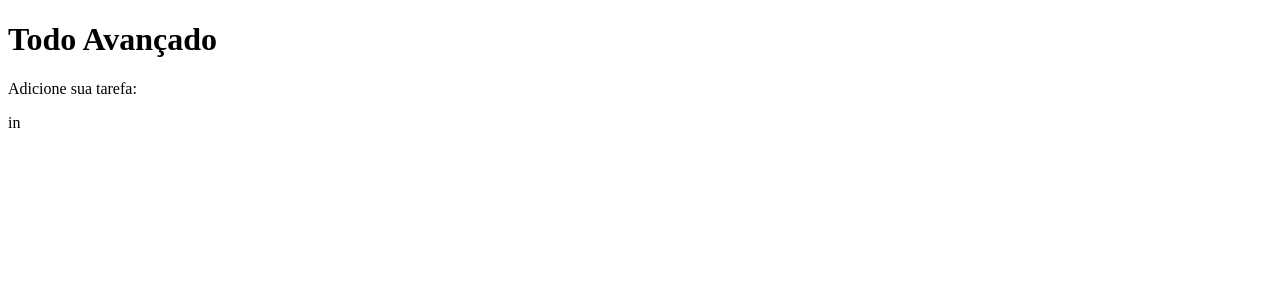
Repository: Guillermomarcon/ProjetoToDo
Page: index.html
These files come from the project's save history. The page is drawn as it stood at one moment and after the next save; the edit follows.
The browser window is 1280 px wide. The pictures show the whole page.
Some web libraries are served in a nearby version.

Above is the page before, as saved 2022-08-27 16:35:06.

### index.html
<!DOCTYPE html>
<html lang="pt-br">
<head>
    <meta charset="UTF-8">
    <meta http-equiv="X-UA-Compatible" content="IE=edge">
    <meta name="viewport" content="width=device-width, initial-scale=1.0">
    <title>Todo Avançado</title>
    <!--css do projeto-->
    <link rel="stylesheet" href="estilos/style.css">
    <!--Biblioteca de font vamos usar a Font Awesome  font awesome cdnjs
    encontrado nesse link
    https://cdnjs.com/libraries/font-awesome   -->
    <link rel="stylesheet" href="https://cdnjs.cloudflare.com/ajax/libs/font-awesome/6.1.2/css/all.min.css" integrity="sha512-1sCRPdkRXhBV2PBLUdRb4tMg1w2YPf37qatUFeS7zlBy7jJI8Lf4VHwWfZZfpXtYSLy85pkm9GaYVYMfw5BC1A==" crossorigin="anonymous" referrerpolicy="no-referrer" />
    <!--Js do projeto-->
    <script src="js/javascript.js" defer></script>
</head>
<body>
    <div class="todo-container">
        <header>
            <h1>Todo Avançado</h1>
        </header>
        <form  id="todo-form">
            <p>Adicione sua tarefa:</p>
            <div class="form-control">
                in
            </div>
        </form>


    </div>


</body>
</html>

### estilos/style.css
@charset "UTF-8"

Loaded but not shown: js/javascript.js (no stored copy; drawn as an empty file)

After the next save:
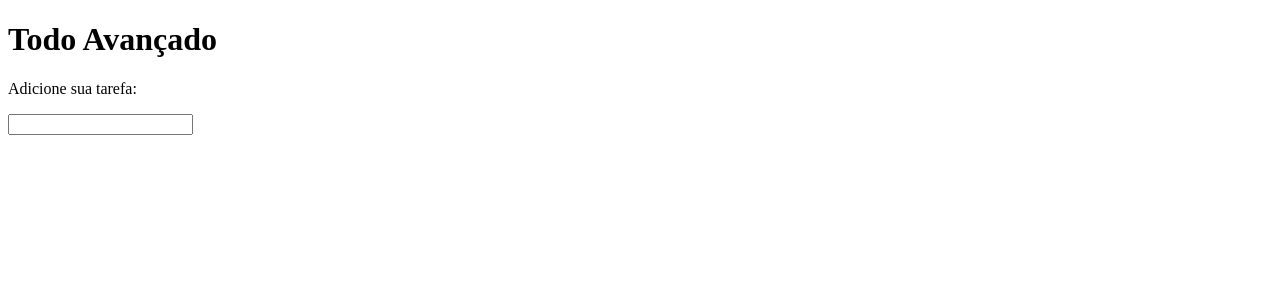
Saved 10 s later.
--- a/index.html
+++ b/index.html
@@ -22,7 +22,7 @@
         <form  id="todo-form">
             <p>Adicione sua tarefa:</p>
             <div class="form-control">
-                in
+                <input type="text" name="" id="">
             </div>
         </form>
 
